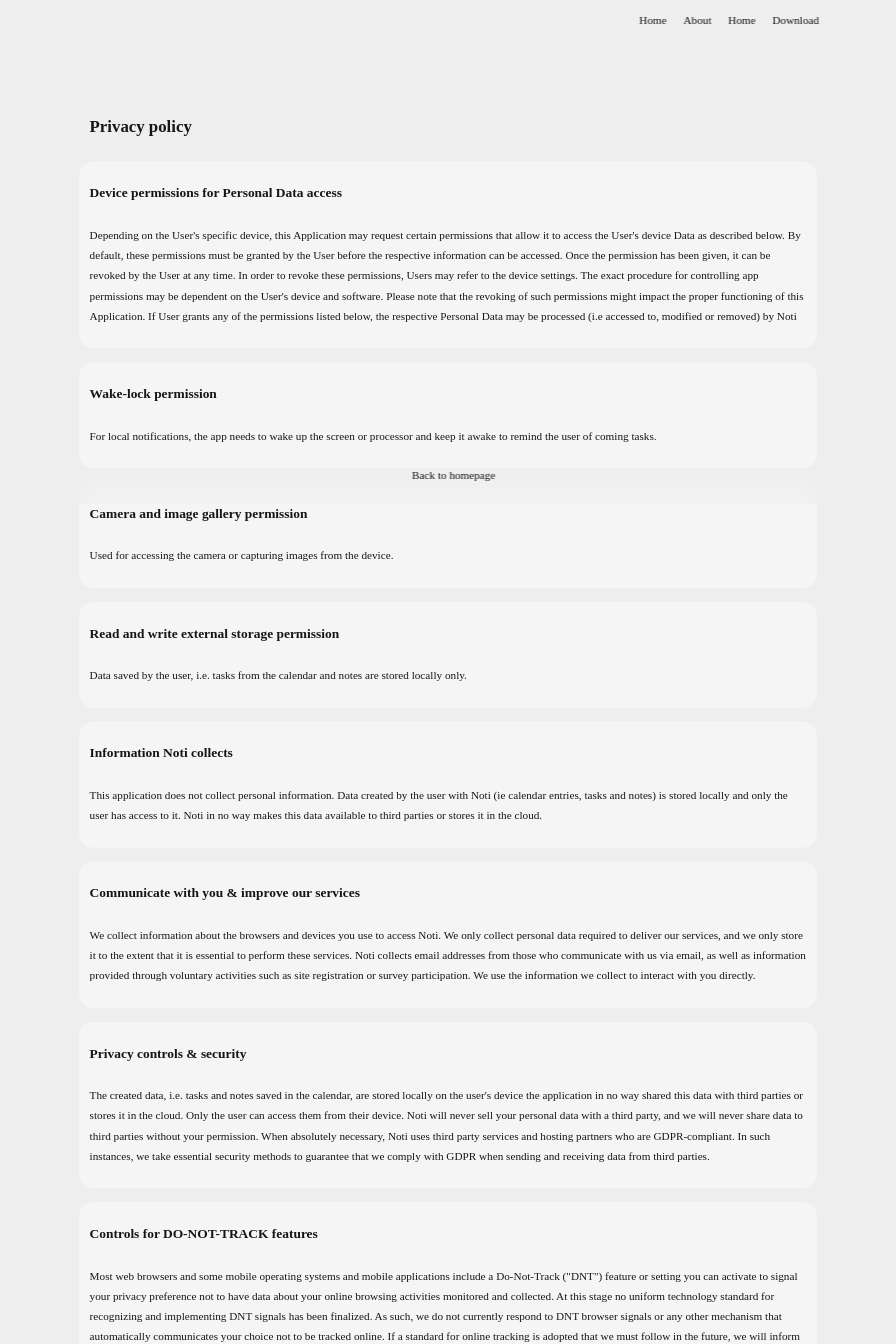
Repository: RafalSiuta/notiweb
Page: policy.html
These files come from the project's save history. The page is drawn as it stood at one moment and after the next save; the edit follows.
The browser window is 1280 px wide. The pictures show the part of the page from y = 0 to 1920 px (the page is 3691 px tall before and 3619 px after), at 70% of full size.

Above is the page before, as saved 2024-12-15 03:34:21.

### policy.html
<!DOCTYPE html>
<!--[if lt IE 7]>      <html class="no-js lt-ie9 lt-ie8 lt-ie7"> <![endif]-->
<!--[if IE 7]>         <html class="no-js lt-ie9 lt-ie8"> <![endif]-->
<!--[if IE 8]>         <html class="no-js lt-ie9"> <![endif]-->
<!--[if gt IE 8]>      <html class="no-js"> <!--<![endif]-->
<html>
    <head>
        <meta charset="utf-8">
        <meta http-equiv="X-UA-Compatible" content="IE=edge">
        <title>Noti privacy policy</title>
        <link rel="icon" type="image/x-icon" href="/notiweb/images/favicon.ico">
        <meta name="Noti mobile app privacy policy" content="">
        <meta name="viewport" content="width=device-width, initial-scale=1">
        <!-- <link rel="stylesheet" href="/notiweb/styles/styles.css"> -->
        <link rel="stylesheet" href="/styles/styles.css">
    </head>
    <body>
        <nav>
            <ul>
                <li><a href="index.html">Home</a></li>
                <li><a href="index.html">About</a></li>
                <li><a href="index.html">Home</a></li>
                <li><a href="index.html">Download</a></li>
            </ul>
        </nav>

        <div class="main">
            <header>
                <h1>Privacy policy</h1>
            </header>

            <div class="item">

                <h3>Device permissions for Personal Data access</h3>
                <p>Depending on the User's specific device, this Application may request certain permissions that allow it to access the
                    User's device Data as described below.
                    By default, these permissions must be granted by the User before the respective information can be accessed. Once
                    the
                    permission has been given, it can be revoked by the User at any time. In order to revoke these permissions, Users
                    may
                    refer to the device settings.
                    The exact procedure for controlling app permissions may be dependent on the User's device and software.
                    Please note that the revoking of such permissions might impact the proper functioning of this Application.
                    If User grants any of the permissions listed below, the respective Personal Data may be processed (i.e accessed to,
                    modified or removed) by Noti</p>
            </div>
            <div class="item">
                <h3>Wake-lock permission</h3>
                <p>For local notifications, the app needs to wake up the screen or processor and keep it awake to remind the user of coming
                tasks.</p>
            </div>
            <div class="item">
                <h3>Camera and image gallery permission</h3>
                <p>Used for accessing the camera or capturing images from the device.</p>
            </div>
            <div class="item">
                <h3>Read and write external storage permission</h3>
                <p>Data saved by the user, i.e. tasks from the calendar and notes are stored locally only.</p>
            </div>
            <div class="item">
                <h3>Information Noti collects</h3>
                <p>This application does not collect personal information. Data created by the user with Noti (ie calendar entries,
                tasks
                and notes) is stored locally and only the user has access to it. Noti in no way makes this data available to third
                parties or stores it in the cloud.</p>
            </div>
            <div class="item">
                <h3>Communicate with you & improve our services</h3>
                <p>We collect information about the browsers and devices you use to access Noti.
                We only collect personal data required to deliver our services, and we only store it to the extent that it is
                essential
                to perform these services.
                Noti collects email addresses from those who communicate with us via email, as well as information provided through
                voluntary activities such as site registration or survey participation. We use the information we collect to
                interact
                with you directly.</p>
            </div>
            <div class="item">
                <h3>Privacy controls & security</h3>
                <p>The created data, i.e. tasks and notes saved in the calendar, are stored locally on the user's device
                the application in no way
                shared this data with third parties or stores it in the cloud. Only the user can access them from their device.
                Noti will never sell your personal data with a third party, and we will never share data to third parties without
                your permission. When absolutely necessary, Noti uses third party services and hosting partners who are
                GDPR-compliant. In such instances, we take essential security methods to guarantee that we comply with GDPR when sending
                and receiving data from third parties.</p>
            </div>
            <div class="item">
                <h3>Controls for DO-NOT-TRACK features</h3>
                <p>Most web browsers and some mobile operating systems and mobile applications include a Do-Not-Track ("DNT") feature or
                setting you can activate to signal your privacy preference not to have data about your online browsing activities
                monitored and collected. At this stage no uniform technology standard for recognizing and implementing DNT signals has
                been finalized. As such, we do not currently respond to DNT browser signals or any other mechanism that automatically
                communicates your choice not to be tracked online. If a standard for online tracking is adopted that we must follow in
                the future, we will inform you about that practice in a revised version of this privacy notice.</p>
            </div>
            <div class="item">
                <h3>Delete data</h3>
                <p>The data created with the application can be deleted by selecting the settings icon (the gear icon) and then selecting
                "settings" from the bar menu on the right, and then selecting the tab titled "Recycle Bin" - you can decide after which
                time the data will be deleted. Data is also deleted during the process of uninstalling the application from the device.
                Data from the website, such as the name and e-mail address provided for the newsletter, may be deleted after sending
                information to the contact address with a request to delete the data.</p>
            </div>
            <div class="item">
                <h3>The rights of Users</h3>
                <p>In brief: In some regions, such as the European Economic Area (EEA) and the United Kingdom (United Kingdom), you have
                rights that give you greater access to and control over your personal information. You can review, change or close your
                account at any time. In some regions (such as the EEA and UK) you have certain rights under applicable data protection
                laws. They may include the right - to request access and obtain a copy of your personal data, to request rectification
                or deletion, to limit the processing of your personal data and, where applicable, to transfer data. In certain
                circumstances, you may also have the right to object to the processing of your personal data. To make such a request,
                please use the contact details provided below. We will consider and take action upon request in accordance with
                applicable data protection laws. If we are relying on your consent to process your personal data, you have the right to
                withdraw your consent at any time. Remember, however, that this will not affect the lawfulness of processing prior to
                its withdrawal or the processing of your personal data based on lawful grounds for processing other than consent. If you
                are an EEA or UK resident and you believe that we are processing your personal data unlawfully, you also have the right
                to lodge a complaint with your local data protection supervisory authority <br></p>
            </div>
            <div class="item">
                <h3>Do California residents have specific privacy rights?</h3>
                <p>In brief: Yes, if you live in California you have certain rights to access your personal information. Section 1798.83 of
                the California Civil Code, also known as the "Shine The Light" Act, allows our California users to request and obtain
                from us once a year and free of charge information on the categories of personal information (if any) disclosed to third
                parties for direct marketing purposes as well as the names and addresses of all third parties with whom we shared
                personal data in the immediately preceding calendar year. If you are a California resident and wish to make such a
                request, please send us your request to the email address provided below. If you are under the age of 18, live in
                California and have a registered account, you have the right to request the deletion of unwanted data. To request
                deletion of such data, please contact us using the contact details provided below, providing the email address
                associated with your account and a statement that you live in California. We will make sure that the data is not
                publicly displayed in the Application, however, it should be remembered that this data may not be completely or
                comprehensively removed from all our systems (e.g. backups, etc.).</p>
            </div>
            <div class="item">
                <h3>Cookies</h3>
                <p>Cookies are required on Noti Website. We use them to collect visitors' preferences and thus to better optimize the
                user experience. Users can disable cookies in their browser settings. But please note that our services rely on cookies
                to function properly, and you may not be able to access certain features on our Website after disabling them.</p>
            </div>
            <div class="item">
                <h3>Changes to This Policy</h3>
                <p>If our Privacy Policy is changed in the future, we will not limit your rights under this Privacy Policy without your
                express consent. We always indicate the publication date of the latest changes. If the changes are significant, we will
                send you a more prominent notice (including, for certain services, an email notification of changes to the Privacy
                Policy).
                Please check back periodically to stay informed of any updates or changes to this Privacy Policy. By continuing to
                access and use Noti, you agree to be bound by the revised policy.
                </p>
            </div>
            <div class="item">
                <h3>Contact Us</h3>
                <p>If you have any questions about this Policy, please email us at <b>r85unit@gmail.com</b> with topic: "Privacy Questions”
                in the title line.
                </p>
            </div>
        </div>

        <footer>
            <a class="policy-link" href="index.html">Back to homepage</a>
        </footer>
        <script src="" async defer></script>
    </body>
</html>

### styles/styles.css
@font-face {
    font-family: "Exo-medium";
    src:url("fonts/Exo2-Medium.ttf") format("ttf");
    font-family: "Exo-black";
    src: url("fonts/Exo2-Black.ttf") format("ttf");

}
body {
    background-color: #EEEEEE;

}
nav{
    width: 100vw;
    position: fixed;
    top: 0;
    background-color: rgba(238, 238, 238, 0.5);
    backdrop-filter: blur(10px);
}
 ul{
    width: 80vw;
    margin: 20px auto;
    text-align: right;
}

li{
    display: inline;
    margin: 10px;
}
a {
    color: #161616;
    font-size: 1em;
    text-decoration: none;
    font-family: "Exo-medium";
    z-index: 2;
}
.main{
    display: flex;
    flex-direction: column;
    align-items: center;
    padding: 10px auto;
}

h1, h3{
    font-family: "Exo-black";
    font-size: 1.2em;
    color: #161616;
}

h1{
    font-size: 1.5em;
}

section{
    width: 100vw;
    height: 100vh;
    display: flex;
    justify-content: center;
    align-items: center;
}
footer{
    bottom: 0;
    height: 50px;
    width: 100vw;
    position: fixed;
    text-align: center;
    z-index: 2;
    background-color: rgba(238,238, 238, 0.5);
    backdrop-filter: blur(10px);
}
.policy-link{
    font-family: "Exo-medium";
    font-size: 1em;
    color: #161616;
    padding: 5px;
}
.item {
    display: flex;
    flex-direction: column;
    width: 80vw;
    text-align: left;
    margin: 10px auto;
    background-color: #f5f5f5;
    padding: 15px;
    border-radius: 20px;
}
p{
    line-height: 1.8em;
    font-family: 'Exo-medium';
    color: #161616;
}
header{
    width: 80vw;
    text-align: left;
    margin: 10px auto;
    margin-top: 20vh;

}

After the next save:
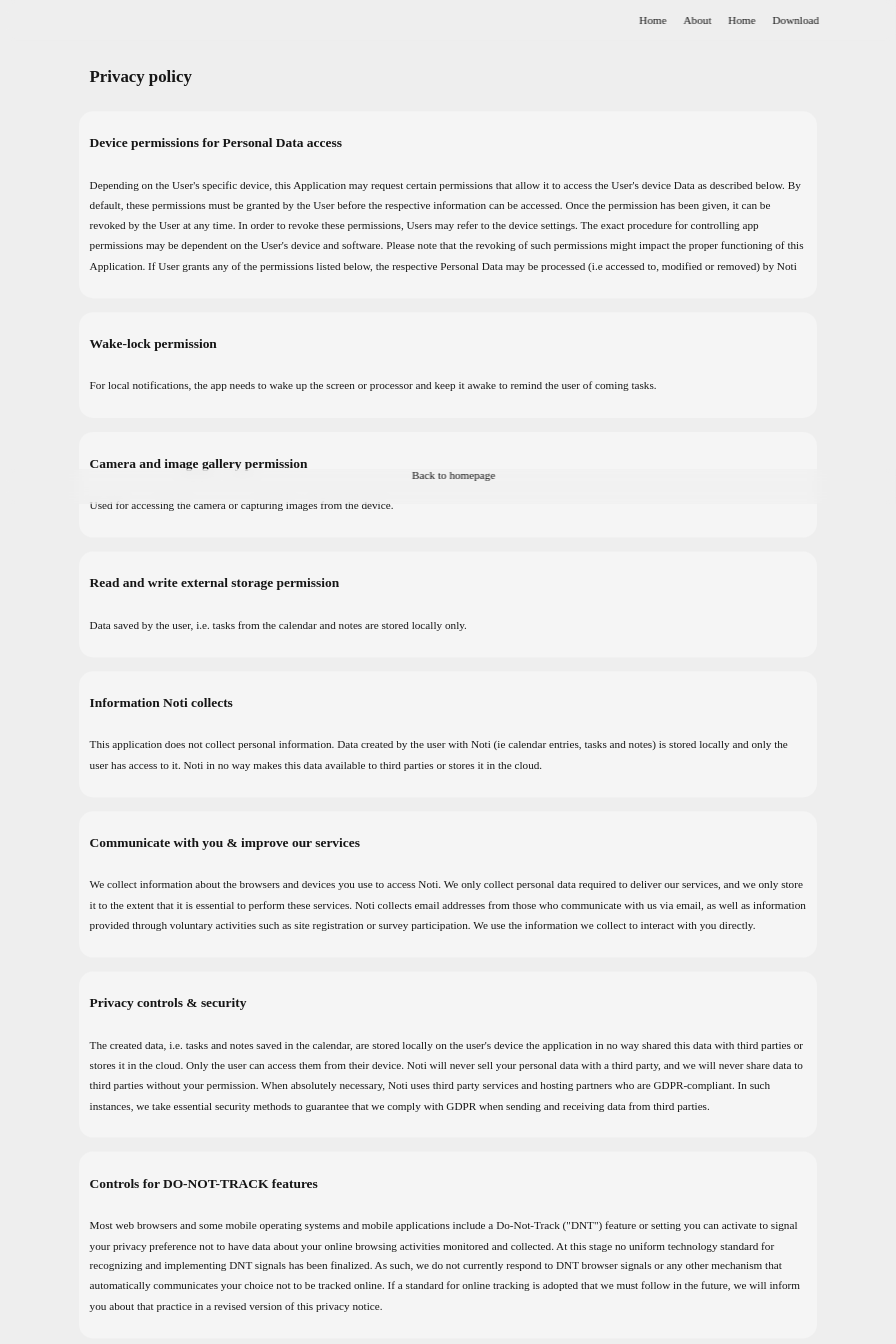
Saved 5 s later.
--- a/styles/styles.css
+++ b/styles/styles.css
@@ -92,6 +92,6 @@
     width: 80vw;
     text-align: left;
     margin: 10px auto;
-    margin-top: 20vh;
+    margin-top: 10vh;
 
 }
